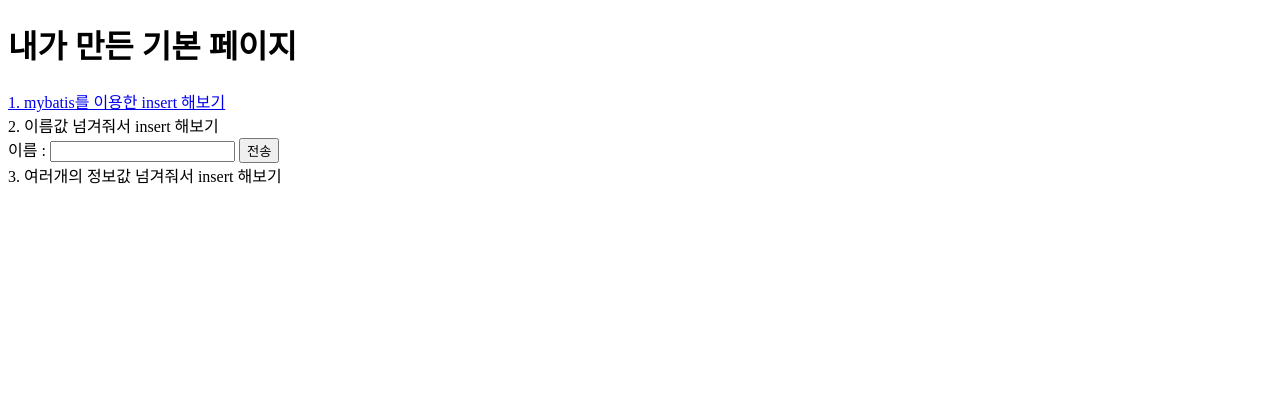
Repository: coconut510/mybatis
Page: mybatis_01/WebContent/index.html
The author's editor kept a copy of each file at every save. The page is drawn from the files as they stood at one save, then again after the next save.
The browser window is 1280 px wide. The pictures show the whole page.

Above is the page before, as saved 2018-06-26 08:12:17.

After the next save:
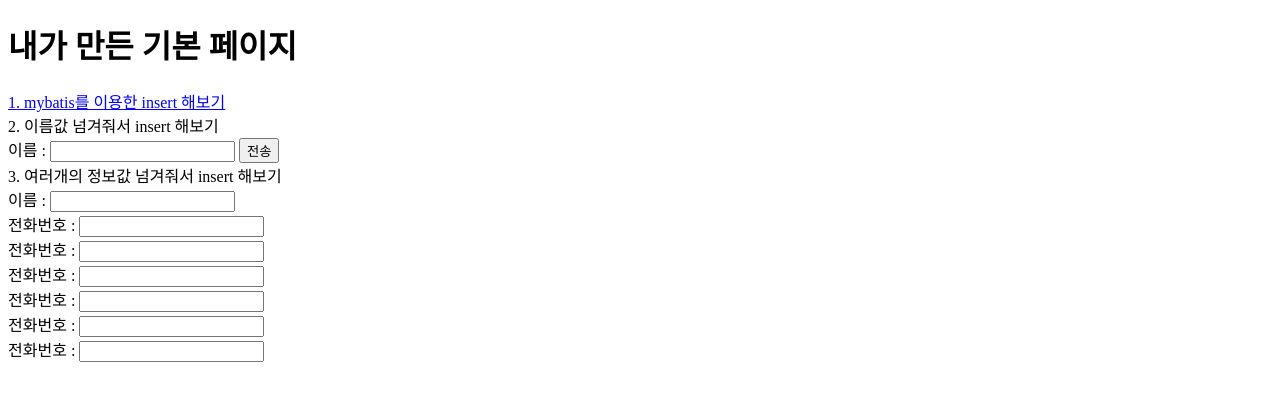
Saved 37 s later.
--- a/mybatis_01/WebContent/index.html
+++ b/mybatis_01/WebContent/index.html
@@ -14,6 +14,13 @@
 	</form>
 	3. 여러개의 정보값 넘겨줘서 insert 해보기
 	<form action="mybatisTest3" method="post">
+		이름 : <input type="text" name="studentName"/><br>
+		전화번호 : <input type="text" name="studentTel"/><br>
+		전화번호 : <input type="text" name="studentTel"/><br>
+		전화번호 : <input type="text" name="studentTel"/><br>
+		전화번호 : <input type="text" name="studentTel"/><br>
+		전화번호 : <input type="text" name="studentTel"/><br>
+		전화번호 : <input type="text" name="studentTel"/><br>
 	</form>
 </body>
 </html>
